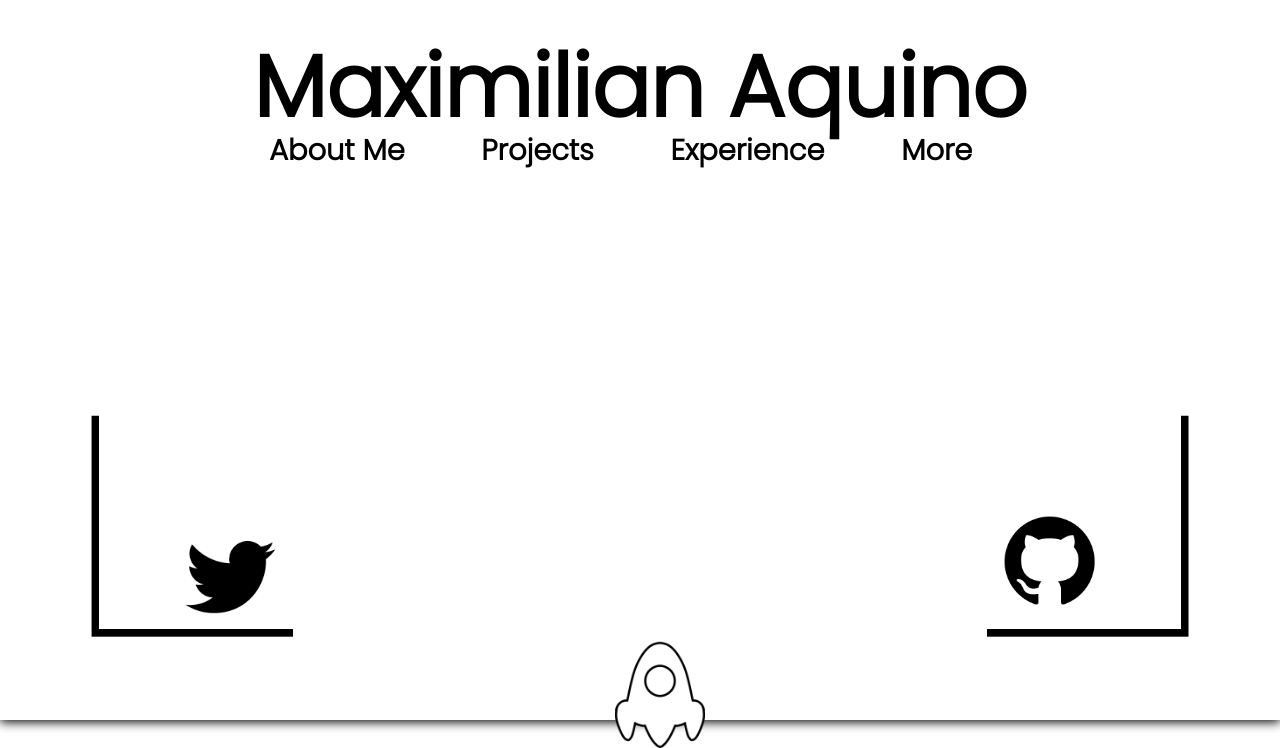
Repository: notMaximilian/maximilianaquino.github.io
Page: index.html
An editor plug-in stored every save of this project. The page is shown before and after the next save, followed by the edit.
The browser window is 1280 px wide. The pictures show the whole page.

Above is the page before, as saved 2022-02-10 10:05:27.

### index.html
<!DOCTYPE html>
<html lang="en">

<head>
  <meta charset="UTF-8">
  <meta name="viewport" content="width=device-width, initial-scale=1, user-scaleable=no">
  <title>Max Aquino</title>
  <link rel="preconnect" href="https://fonts.googleapis.com">
  <link rel="preconnect" href="https://fonts.gstatic.com" crossorigin>
  <link href="https://fonts.googleapis.com/css2?family=Poppins:wght@300&display=swap" rel="stylesheet">
  <link rel="stylesheet" href="css/main.css">
</head>

<body>

  <div class="intro">
    <h1 class="name-header">
      <span class="name">Max</span><span class="name">imilian</span>
    </h1>
  </div>


  </div>
<!-- asdsa -->

  <div class="wrap">
    <div class="game-wrapper">
      <div class="game"></div>
      <h1 id="max">Maximilian Aquino</h1>

      <div class="mainNav">
        <ul class = "navmenu">
          <li><h2 id="about">About Me</h2></li>
          <li><h2 id="projects">Projects</h2></li>
          <li><h2 id="experience">Experience</h2></li>
          <li><h2 id="more">More</h2></li>
        </ul>
      </div>

      <img class="icon" id="twitter" src="img/twitter.png">
      <img class="icon" id="github" src="img/github.png">
      <img class="corners" id="cornerL" src="img/corner-test.png">
      <img class="corners" id="cornerR" src="img/cornerR.png">


      <!-- <div class="congratulations">
        <h1>Warning!</h1>
        <h2>This website was designed for a fullscreen browser. Please expand your browser window and refresh the page to continue. </h2>
        <button class="btn" onclick="window.location.reload()">Refresh</button>
      </div> -->
      <div class="game-over">
        <h1>GAME OVER</h1>
        <h2>You lost the game</h2>
        <button class="btn" onclick="window.location.reload()">Restart</button>
      </div>
    </div>
  </div>

  <!-- Maximilian Fade in and out -->


  <script src="js/app.js"></script>
  <!-- <script src="js/game.js"></script> -->
</body>

</html>

### css/main.css
html,
body {
  height: 100%;
  overflow: hidden;
  cursor: none;
  /* user-select: none; */
}

body {
  margin: 0;
  font: 16px sans-serif;
}

.wrap {
  cursor: none;
  display: flex;
  flex-direction: column;
  height: 100%;
  /* user-select: none; */
}


.game-wrapper {
  flex: 1;
  display: flex;
  justify-content: center;
  align-items: center;
  background: #ffffff;
}
.game {
  width: 100%;
  height: 100%;

  box-shadow: 0 2px 10px black;
  position: absolute;
}

@keyframes scroll-background {
  from {
    background-position-y: 0px;
  }
  to {
    background-position-y: 256px;
  }
}

.game .enemy {
  position: absolute;
  margin-left: -20px;
  margin-top: -18px;
  width: 40px;
}

.game .player {
  position: absolute;
  margin-left: -20px;
  width: 40px;
}

.game .laser {
  position: absolute;
  margin-left: -2.5px;
  height: 30px;
}

.game .enemy-laser {
  position: absolute;
  margin-left: -2.5px;
  height: 30px;
}

.congratulations {
  display: none;
  position: absolute;
  background: #ffffff;
  color: black;
  padding: 20px 50px;
  box-shadow: 0 2px 10px rgba(0, 0, 0, 0.2);
  border: 2px solid black;
  border-radius: 10px;
  text-align: center;
  animation: pop-in 1s;
  font-family: "Poppins", sans-serif;
}

.game-over {
  display: none;
  position: absolute;
  background: #6b1818;
  color: white;
  padding: 20px 50px;
  box-shadow: 0 2px 10px rgba(0, 0, 0, 0.2);
  border-radius: 10px;
  text-align: center;
  animation: pop-in 1s;
}

.btn {
  border: 2px solid black;
  border-radius: 3px;
  box-shadow: 0 2px rgba(0, 0, 0, 0.15);
  background: linear-gradient(
    to bottom,
    #fff 0%,
    #fff 49%,
    #f5f5f5 50%,
    #eee 100%
  );
  padding: 10px 40px;
  font-family: "Poppins", sans-serif;
  font-size: 14px;
}
@keyframes pop-in {
  0% {
    opacity: 0;
    transform: translate(0, -100px);
  }
  10% {
    opacity: 1;
  }
  50% {
    transform: translate(0, 30px);
  }
  100% {
    transform: translate(0, 0);
  }
}

.intro{
  position: fixed;
  z-index: 1;
  left: 0;
  top: 0;
  width: 100%;
  height: 100vh;
  background-color: black;
  transition: 1s;
}

.name-header{
  position: absolute;
  top: 40%;
  left: 50%;
  transform: translate(-50%, -50%);
  color: #ffffff;
}

.intro h1{
  font-family: "Poppins", sans-serif;
  font-size: 80px;
  margin: 0;
  padding: 0;
}

.name{
  position: relative;
  display: inline-block;
  bottom: -20px;
  opacity: 0;
}

.name.active{
  bottom: 0;
  opacity: 1;
  transition: ease-in-out 0.5s;
}

.name.fade{
  bottom: 150px;
  opacity: 0;
  transition: ease-in-out 0.5s;
}

.corners{
  position: absolute;
  width: 16vw;
}

#cornerL{
  transform: translate(-35vw, 23vh);
}
#cornerR{
  transform: translate(35vw, 23vh);
}
#max{
  top: -5vh;
  position: absolute;
  font-family: "Poppins", sans-serif;
  font-size: 12vh;
  text-align: center;
}

.yeight{
  top: -5vh;
  position: absolute;
  font-family: "Poppins", sans-serif;
  font-size: 12vh;
  text-align: center;
}

#github{
  position: absolute;
  width: 7vw;
  transform: translate(32vw, 28vh);
}
#twitter{
  position: absolute;
  width: 7vw;
  transform: translate(-32vw, 30vh);
}


.navmenu{
  list-style: none;
  text-align: center;
}

.test{
  color:blue;
}

.navmenuItems{
  font-size: 4vh;
  font-family: "Poppins", sans-serif;
  float: left;
  margin-right: 6vw;
  text-align: center;
  transition: ease-in-out 0.2s;
}

.navmenu li:hover{
  transition: ease-in-out 0.2s;
  text-decoration: underline;
  text-underline-offset: 4px;
}

.mainNav{
  margin: auto;
  margin-left: 3vw;
  position: absolute;
  top: 7vw;
}

.fade{
  transition: ease-in-out 1s;
  opacity: 0;
}

.open-tab{
  opacity: 1;
  top: -5vh;
  position: absolute;
  font-family: "Poppins", sans-serif;
  font-size: 12vh;
  text-align: center;
  transition: ease-in-out 1s;
}

.absolute{
  position: absolute;
  font-size: 4vh;
  font-family: "Poppins", sans-serif;
  float: left;
  margin-right: 6vw;
  text-align: center;
  transition: ease-in-out 0.2s;
}

### js/app.js
const KEY_CODE_LEFT = 37;
const KEY_CODE_RIGHT = 39;
const KEY_CODE_SPACE = 32;
let inverted = false;
const WINDOW_WIDTH = window.innerWidth - 50;
const WINDOW_HEIGHT = window.innerHeight;
let currentMousePos = 0
let mouse
let rocketPos = 0;
const ROCKET_WIDTH = 20;
const ROCKET_MAX_SPEED = 800.0;
const LASER_MAX_SPEED = 600.0;
const LASER_COOLDOWN = 0.5;
let rocketSpawn = false;
let headerSpace;
const HEADERS_PER_ROW = 10;
const HEADER_HORIZONTAL_PADDING = 80;
const HEADER_VERTICAL_PADDING = 70;
const HEADER_VERTICAL_SPACING = 80;
const HEADER_COOLDOWN = 5.0;



headerCoords = [
  {x:'', y:''},
  {x:'', y:''},
  {x:'', y:''},
  {x:'', y:''},
]

const WINDOW_STATE = {
    lastTime: Date.now(),
    leftPressed: false,
    rightPressed: false,
    spacePressed: false,
    rocketX: WINDOW_WIDTH / 2,
    rocketY: WINDOW_HEIGHT - 300,
    rocketCooldown: 0,
    lasers: [],
    headers: [],
    headerLasers: [],
    fullscreen: false
  };

function setSize($element, width){
    $element.style.width = `${width}vw`;
    $element.style.height = "auto";
  }

function setPosition(el, x, y) {
    if(el == null){console.log('NULL')
    return;}
    el.style.transform = `translate(${x}px, ${y}px)`;
}

function setHeaderPosition(el, x, y) {
  if(el == null){console.log('NULL')
  return;}
  el.style.transform = `translate(${x}vw, ${y}vh)`;
}

function openTab ($container, header){
  //step one fade out other elements on page

  // Fade Maximilian Aquino
  const mainName = document.getElementById('max')
  mainName.classList.add('fade')

  // Fade Accents
  const CornerL = document.getElementById('cornerL')
  const CornerR = document.getElementById('cornerR')
  CornerL.classList.add('fade')
  CornerR.classList.add('fade')

  // Fade icons
  const github = document.getElementById('github')
  const twitter = document.getElementById('twitter')
  github.classList.add('fade')
  twitter.classList.add('fade')

  // Fade headers
  const headers = WINDOW_STATE.headers;
  for (let j = 0; j < headers.length; j++) {
    const head = headers[j];
    if (head.name != header.name){
      head.$element.classList.add('fade')
    }
  }

  // Fade rocket
  const rocket = document.querySelector('.rocket')
  rocket.classList.add('fade')

  destroyAll($container, "6")

  setTimeout(()=>{
    console.log(header.name)
    window.location.href = `./${header.name}.html`;
  },1000)

  // setTimeout(()=>{
    // header.$element.classList.add('open-tab')


  // },1100)

}

// create user controlled rocket for selecting header elements
function createRocket($container) {
    rocketSpawn = true;
    const $rocket = document.createElement("img");
    if(inverted == true){$rocket.src = "img/rocket-inverted.png";}
    else{$rocket.src = "img/rocket.png";}
    $rocket.className = "rocket";
    if (WINDOW_WIDTH + 50 == 1920){
      setSize($rocket,9)
    }
    else{
      setSize($rocket, 7)
    }

    WINDOW_STATE.rocketY = 440;
    $container.appendChild($rocket);
}

function destroyRocket($container, rocket) {
    rocketSpawn = false;
    $container.removeChild(rocket);
    WINDOW_STATE.finalState = true;
    const audio = new Audio("sound/sfx-lose.ogg");
    audio.play();
}


function rectsIntersect(r1, r2) {
    return !(
        r2.left > r1.right ||
        r2.right < r1.left ||
        r2.top > r1.bottom ||
        r2.bottom < r1.top
    );
}



function clamp(v, min, max) {
    if (v < min) {
      return min;
    } else if (v > max) {
      return max;
    } else {
      return v;
    }
}

function rand(min, max) {
    // if (min === undefined) min = 0;
    // if (max === undefined) max = 1;
    // return min + Math.random() * (max - min);
  }

function updateRocket(dt, $container) {
  if(mouse <= '4' ){
    WINDOW_STATE.rocketX -= dt * ROCKET_MAX_SPEED;
  }
  else if (mouse >= '96'){
    WINDOW_STATE.rocketX += dt * ROCKET_MAX_SPEED;
  }

    if (WINDOW_STATE.leftPressed) {
      WINDOW_STATE.rocketX -= dt * ROCKET_MAX_SPEED;
    }
    if (WINDOW_STATE.rightPressed) {
      WINDOW_STATE.rocketX += dt * ROCKET_MAX_SPEED;
    }
    document.onmousemove = (event) => {
      mouse = event.clientX * 100 / window.innerWidth + "%";
      if (mouse > currentMousePos ){
        WINDOW_STATE.rocketX += dt * ROCKET_MAX_SPEED;
      }
      else{
        WINDOW_STATE.rocketX -= dt * ROCKET_MAX_SPEED;
      }
      currentMousePos = mouse;
    }

    // WINDOW_STATE.rocketX = clamp(
    //   WINDOW_STATE.rocketX,
    //   ROCKET_WIDTH,
    //   WINDOW_WIDTH - ROCKET_WIDTH
    // );


    if (WINDOW_STATE.spacePressed && WINDOW_STATE.rocketCooldown <= 0) {
      createLaser($container, WINDOW_STATE.rocketX - 79,  WINDOW_STATE.rocketY-20);
      WINDOW_STATE.rocketCooldown = LASER_COOLDOWN;
    }
    if (WINDOW_STATE.rocketCooldown > 0) {
      WINDOW_STATE.rocketCooldown -= dt;
    }

    const rocket = document.querySelector(".rocket");
    if(rocket == null){return;}
    setPosition(rocket, WINDOW_STATE.rocketX, WINDOW_STATE.rocketY + 200);
}

  function createLaser($container, x, y) {
    if(rocketSpawn == false) {return;}
    const $element = document.createElement("img");
    if(inverted == true){$element.src="img/laser-inverted.png"}
    else{$element.src = "img/laser.png";}
    $element.className = "laser";
    $element.style.position = "absolute"
    $container.appendChild($element);
    const laser = { x, y, $element };
    WINDOW_STATE.lasers.push(laser);
    const audio = new Audio("sound/sfx-laser1.ogg");
    audio.play();
    setPosition($element, x, y);
  }

  function destroyHeader(header) {
    headerSpace.removeChild(header.$element);
    header.isDead = true;
  }

  function destroyAll($container, exceptions){
    console.log(`exception is ${exceptions}`)
    let game = document.querySelector(".game-wrapper");
    let h1 = document.getElementById('max')
    game.removeChild(h1)

    const headers = WINDOW_STATE.headers;
    for (let x = 0; x < headers.length; x++){
      let head = headers[x];
      console.log(head.name)
      if (head.dead == true || head.name == exceptions){continue}
      destroyHeader(head)
    }
    const rocket = document.querySelector('.rocket')
    destroyRocket($container, rocket)
    WINDOW_STATE.lasers = WINDOW_STATE.lasers.filter(e => !e.isDead);
  }

  function updateLasers(dt, $container) {
    if(rocketSpawn == false) {return;}
    const lasers = WINDOW_STATE.lasers;
    for (let i = 0; i < lasers.length; i++) {
      const laser = lasers[i];
      laser.y -= dt * LASER_MAX_SPEED;
      if (laser.y < 0) {
        destroyLaser($container, laser);
      }
      setPosition(laser.$element, laser.x, laser.y);
      const r1 = laser.$element.getBoundingClientRect();
      const headers = WINDOW_STATE.headers;
      for (let j = 0; j < headers.length; j++) {

        const header = headers[j];

        if (header.isDead) continue;

        const r2 = header.$element.getBoundingClientRect();
        if (rectsIntersect(r1, r2)) {
          if(header.name == 'about'){
            openTab($container, header)
            destroyLaser($container, laser);
            const test = document.createElement('h1');
            const testNode = document.createTextNode('About')
            test.appendChild(testNode)
            // test.classList.add('yeight')
            return
          }
          // if (header.name == 'more' || header.name == 'back'){

          //     for (let x = 0; x < headers.length; x++){
          //     let head = headers[x];
          //     if (head.dead == true){continue}
          //     head.$element.style.opacity = 0;
          //     head.$element.style.transition = 'ease-in-out 0.5s';
          //     destroyHeader($container, head)
          //   }


          //   const rocket = document.querySelector('.rocket')
          //   rocket.style.opacity = 0;
          //   rocket.style.transition = 'ease-in-out 0.5s'
          //   destroyRocket($container, rocket)

          //   console.log(inverted)
          //   if(inverted == false){
          //     setTimeout(()=>{
          //       initInvert($container)
          //     },10)
          //   }
          //   else{
          //     setTimeout(()=>{
          //       init()
          //     },10)
          //   }
          //   WINDOW_STATE.lasers = WINDOW_STATE.lasers.filter(e => !e.isDead);
          //   return;
          // }
        if (header.name == 'project'){
          WINDOW_STATE.fullscreen = false;
        }



          break;
        }
      }
    }
    WINDOW_STATE.lasers = WINDOW_STATE.lasers.filter(e => !e.isDead);
  }

function destroyLaser($container, laser) {
    $container.removeChild(laser.$element);
    laser.isDead = true;
}

function createHeader($container, $element,name) {
    $element.classList.add('navmenuItems');
    let header = {
        name,
        cooldown: rand(0.5, HEADER_COOLDOWN),
        $element,
        dead: false
    };

    $container.appendChild($element);
    headerSpace.appendChild($element)
    WINDOW_STATE.headers.push(header);
  }

  function updateHeaders(dt, $container) {
    const dx = Math.sin(WINDOW_STATE.lastTime / 1000.0) * 50;
    const dy = Math.cos(WINDOW_STATE.lastTime / 1000.0) * 10;

    const headers = WINDOW_STATE.headers;
    for (let i = 0; i < headers.length; i++) {
      const header = headers[i];
      const x = header.x + dx;
      const y = header.y + dy;
    //   setPosition(header.$element, x, y);
      header.cooldown -= dt;
      if (header.cooldown <= 0) {
        createHeaderLaser($container, x, y);
        header.cooldown = HEADER_COOLDOWN;
      }
    }
    WINDOW_STATE.headers = WINDOW_STATE.headers.filter(e => !e.isDead);
  }



  function createHeaderLaser($container, x, y) {
    const $element = document.createElement("img");
    $element.src = "img/laser-red-5.png";
    $element.className = "header-laser";
    $container.appendChild($element);
    const laser = { x, y, $element };
    WINDOW_STATE.headerLasers.push(laser);
    setPosition($element, x, y);
  }

  function updateheaderLasers(dt, $container) {
    const lasers = WINDOW_STATE.headerLasers;
    for (let i = 0; i < lasers.length; i++) {
      const laser = lasers[i];
      laser.y += dt * LASER_MAX_SPEED;
      if (laser.y > WINDOW_HEIGHT) {
        destroyLaser($container, laser);
      }
      setPosition(laser.$element, laser.x, laser.y);
      const r1 = laser.$element.getBoundingClientRect();
      const rocket = document.querySelector(".rocket");
      const r2 = rocket.getBoundingClientRect();
      if (rectsIntersect(r1, r2)) {
        // Rocket was hit
        destroyRocket($container, rocket);
        break;
      }
    }
    WINDOW_STATE.headerLasers = WINDOW_STATE.headerLasers.filter(e => !e.isDead);
  }

  function init() {


    headerSpace = document.querySelector('.mainNav')
    headerSpace.classList.add('mainNav')

    document.body.style.zoom = (window.innerWidth / window.outerWidth)
    inverted = false;
    const width = WINDOW_WIDTH + 50;

    WINDOW_STATE.fullscreen = true;


    const $container = document.querySelector(".game");
    createRocket($container);
    createHeader($container, document.getElementById('about'),'about');
    createHeader($container, document.getElementById('projects'),'projects');
    createHeader($container, document.getElementById('experience'),'experience');
    createHeader($container, document.getElementById('more'),'more');
  }

  function initInvert($container,x ,y){
    inverted = true;
    const background = document.querySelector(".game-wrapper");
    const width = WINDOW_WIDTH + 50;
    if (width >= 1920){
      background.style.backgroundImage = "url('img/background-black.png')";
      WINDOW_STATE.fullscreen = true;
    }
    else if (width == 1366){
      background.style.backgroundImage = "url('img/background-black-1366x768.png')";
      WINDOW_STATE.fullscreen = true;
    }
    else{
      WINDOW_STATE.fullscreen == false
      document.querySelector(".congratulations").style.display = "block";
      return;
    }
    createRocket($container);
    createHeader($container, '2', 10 -2.5, 20 , 'img/inverted-card2.png', 17);
    createHeader($container, '1', 30 -2.5, 18 , 'img/inverted-card1.png', 23);
    createHeader($container, '3', 56 -2.5, 19.5 , 'img/inverted-card5.png', 10);
    createHeader($container, 'back', 70 -2.5, 19.5, 'img/inverted-card4.png', 10);
  }


  function rocketHasWon() {
    // return WINDOW_STATE.headers.length === 0;
  }


  function update(e) {
    const currentTime = Date.now();
    const $container = document.querySelector(".game");

    const dt = (currentTime - WINDOW_STATE.lastTime) / 1000.0;

    if (WINDOW_STATE.fullscreen == false) {
      destroyAll($container)
      // document.querySelector(".congratulations").style.display = "block";

      return;
    }

    // if (rocketHasWon()) {
    //   document.querySelector(".congratulations").style.display = "block";

    //   return;
    // }


    updateRocket(dt, $container);
    updateLasers(dt, $container);
    updateHeaders(dt, $container);
    updateheaderLasers(dt, $container);

    WINDOW_STATE.lastTime = currentTime;
    window.requestAnimationFrame(update);
  }

  function onKeyDown(e) {
    if (e.keyCode === KEY_CODE_LEFT ) {
      WINDOW_STATE.leftPressed = true;
    } else if (e.keyCode === KEY_CODE_RIGHT) {
      WINDOW_STATE.rightPressed = true;
    } else if (e.keyCode === KEY_CODE_SPACE) {
      WINDOW_STATE.spacePressed = true;
    }
  }

  function onKeyUp(e) {
    if (e.keyCode === KEY_CODE_LEFT) {
      WINDOW_STATE.leftPressed = false;
    } else if (e.keyCode === KEY_CODE_RIGHT) {
      WINDOW_STATE.rightPressed = false;
    } else if (e.keyCode === KEY_CODE_SPACE) {
      WINDOW_STATE.spacePressed = false;
    }
  }

  function onMouseDown() {
      WINDOW_STATE.spacePressed = true;
  }
  function onMouseUp() {
    setTimeout(()=>{
      WINDOW_STATE.spacePressed = false;
    },500)
}


  function onKeyUp(e) {
    if (e.keyCode === KEY_CODE_LEFT) {
      WINDOW_STATE.leftPressed = false;
    } else if (e.keyCode === KEY_CODE_RIGHT) {
      WINDOW_STATE.rightPressed = false;
    } else if (e.keyCode === KEY_CODE_SPACE) {
      WINDOW_STATE.spacePressed = false;
    }
  }


intro = document.querySelector('.intro')
let name = document.querySelector('.name-header')
let logoSpan = document.querySelectorAll('.name')

 window.addEventListener('DOMContentLoaded', () =>{

    setTimeout(()=>{
        logoSpan.forEach((span, idx)=>{
            setTimeout(()=>{
                span.classList.add('active')
            }, (idx + 1) * 400)
        })


        setTimeout(()=>{
            logoSpan.forEach((span, idx)=>{
                setTimeout(()=>{
                    span.classList.remove('active')
                    span.classList.add('fade')
                }, (idx + 1) * 400)
            })
        },2000)

        setTimeout(()=>{
            intro.style.top = '-100vh';
            window.addEventListener("keydown", onKeyDown);
            window.addEventListener("keyup", onKeyUp);
            window.requestAnimationFrame(update);
            window.addEventListener('mousedown', onMouseUp)
            window.addEventListener('mouseup', onMouseDown)
            init();
        }, 2300)

    })
 })

After the next save:
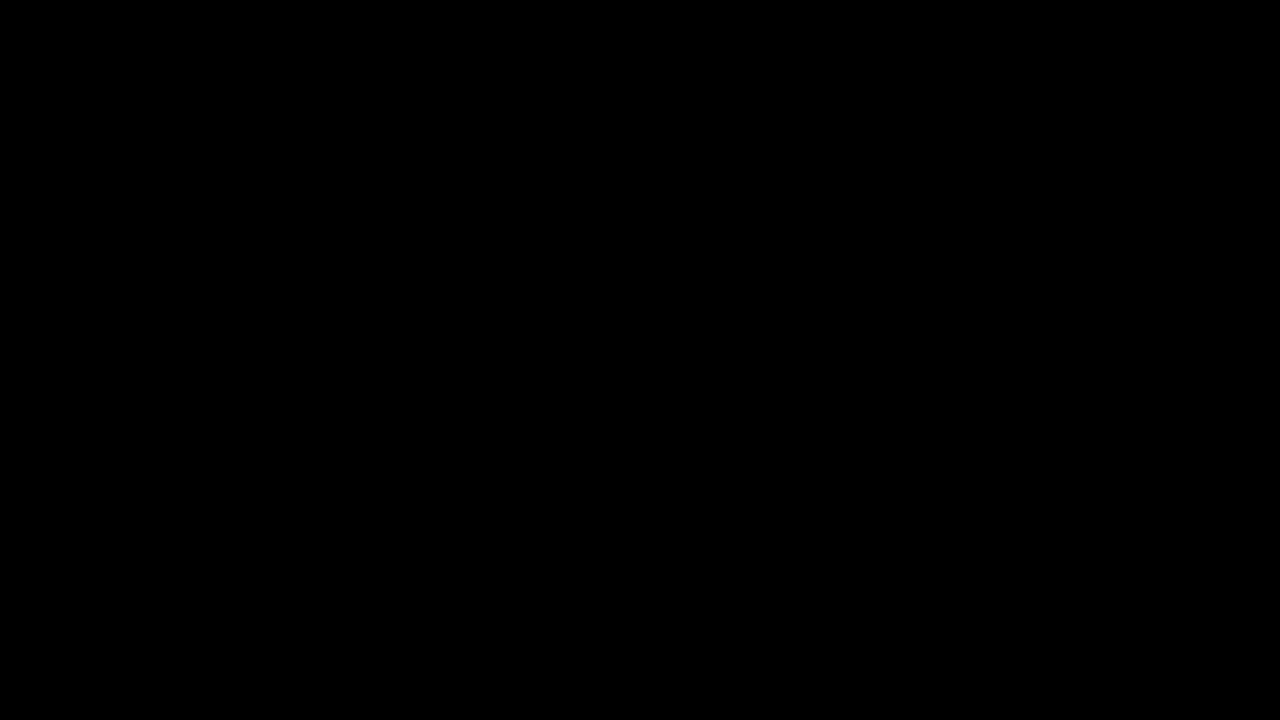
Console error: SyntaxError: Unexpected token 'const'
Saved 13 s later.
--- a/js/app.js
+++ b/js/app.js
@@ -398,6 +398,7 @@
 
     WINDOW_STATE.fullscreen = true;
 
+    const intro =
 
     const $container = document.querySelector(".game");
     createRocket($container);

After the 3 saves that followed:
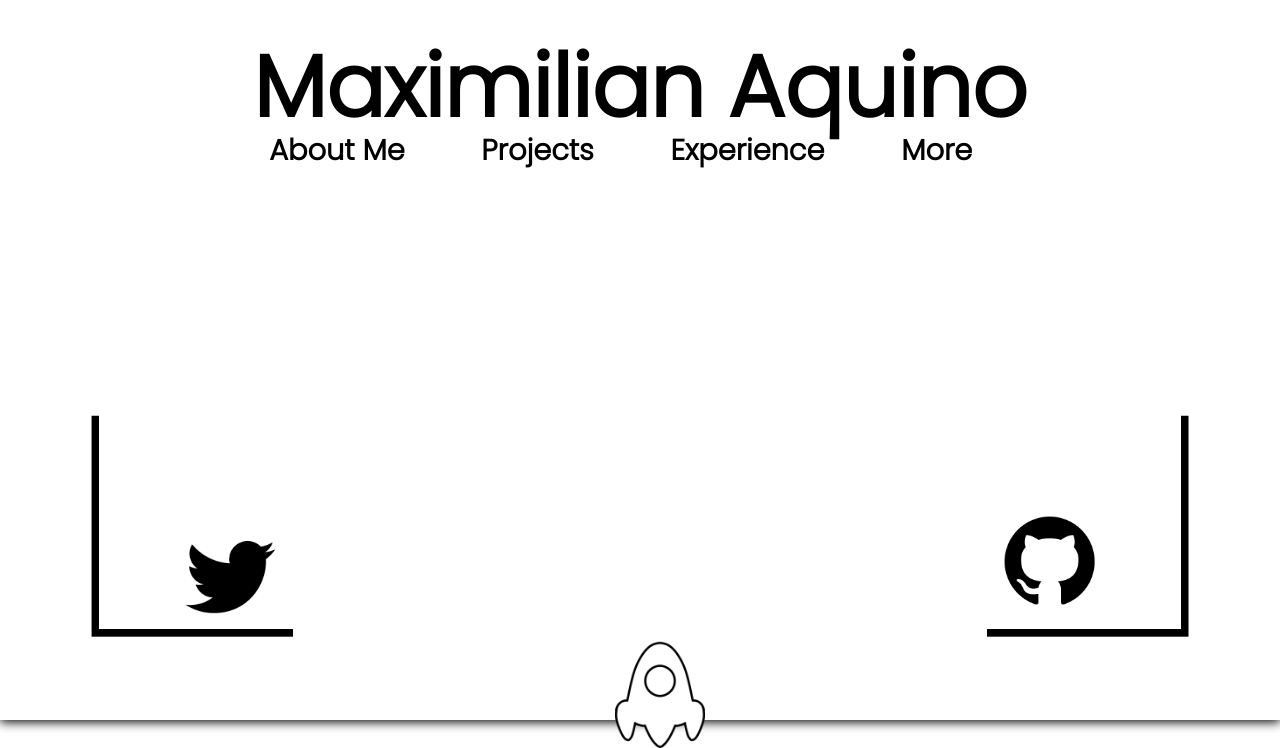
The error is gone.
The 3 saves are shown as one change because they came seconds apart.
The last was saved 11 s later.
--- a/js/app.js
+++ b/js/app.js
@@ -398,7 +398,7 @@
 
     WINDOW_STATE.fullscreen = true;
 
-    const intro =
+    const intro = document.querySelector('.intro')
 
     const $container = document.querySelector(".game");
     createRocket($container);
